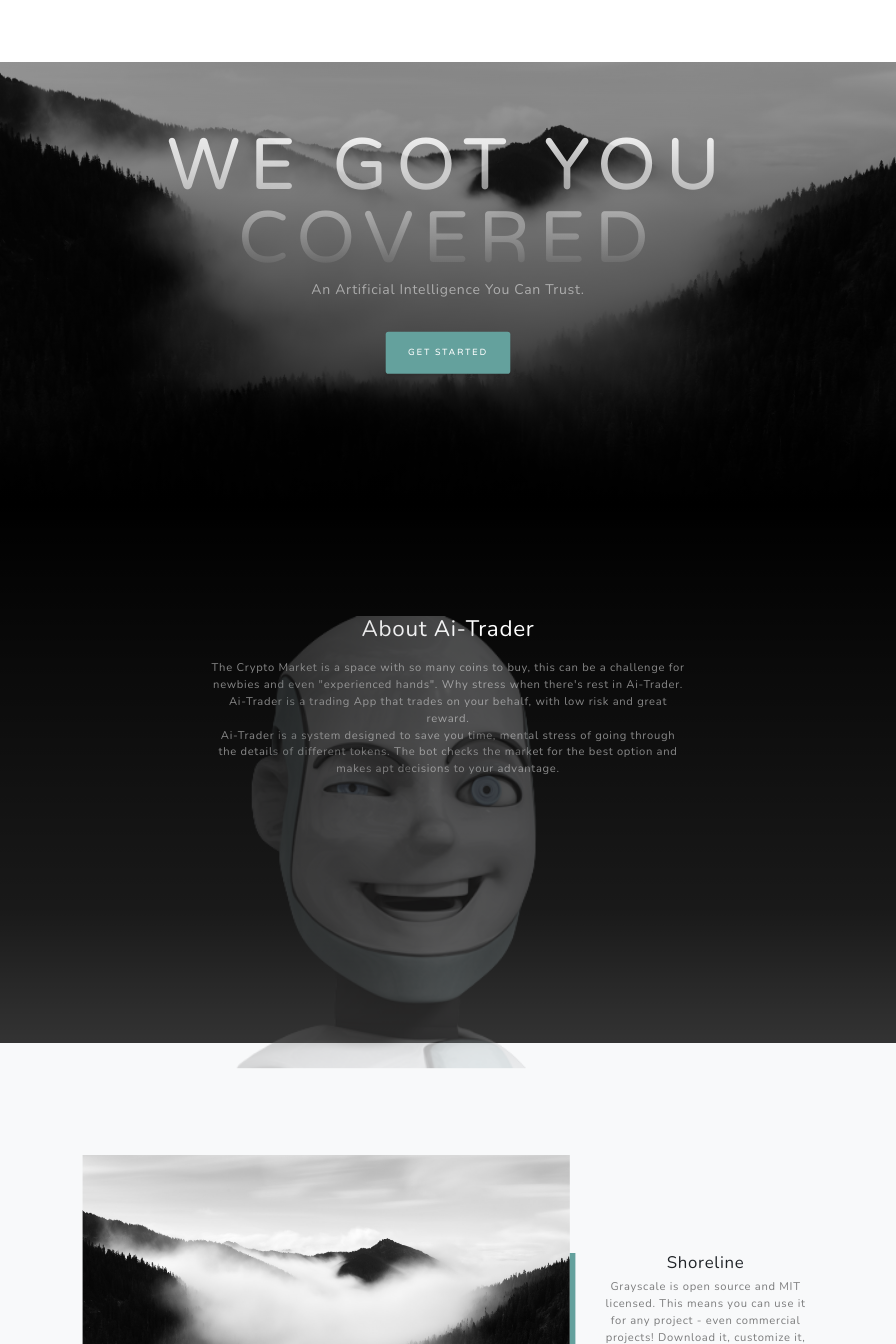
Repository: seyicoded/ico_one
Page: docs/index.html
These files come from the project's save history. The page is drawn as it stood at one moment and after the next save; the edit follows.
The browser window is 1280 px wide. The pictures show the part of the page from y = 0 to 1920 px (the page is 4135 px tall), at 70% of full size.

Above is the page before, as saved 2022-02-13 16:46:50.

After the next save:
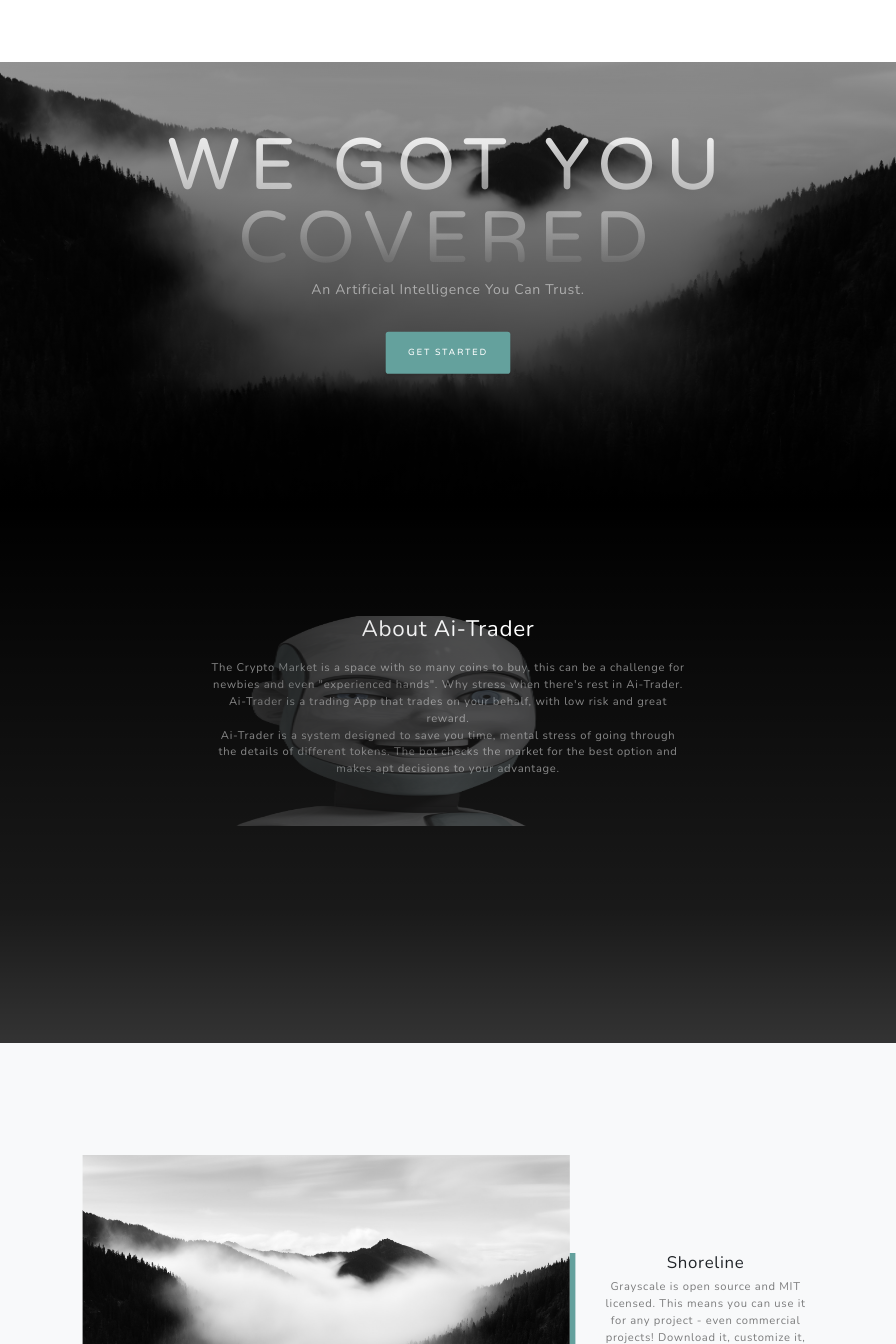
Saved 29 s later.
--- a/docs/index.html
+++ b/docs/index.html
@@ -99,7 +99,7 @@
                             Ai-Trader is a system designed to save you time, mental stress of going through the details of different tokens. The bot checks the market for the best option and makes apt decisions to your advantage.
                         </p>
                     </div>
-                    <img class="img-fluid" src="assets/img/ipad.png" style="filter: grayscale(80%); position: absolute; opacity: 30%;" alt="..." />
+                    <img class="img-fluid" src="assets/img/ipad.png" style="filter: grayscale(80%); position: absolute; opacity: 30%; height: 300px;" alt="..." />
                 </div>
                 <!-- <img class="img-fluid" src="assets/img/ipad.png" style="filter: grayscale(80%); position: absolute; opacity: 30%;" alt="..." /> -->
                 <div style="height: 300px;">&nbsp;</div>
